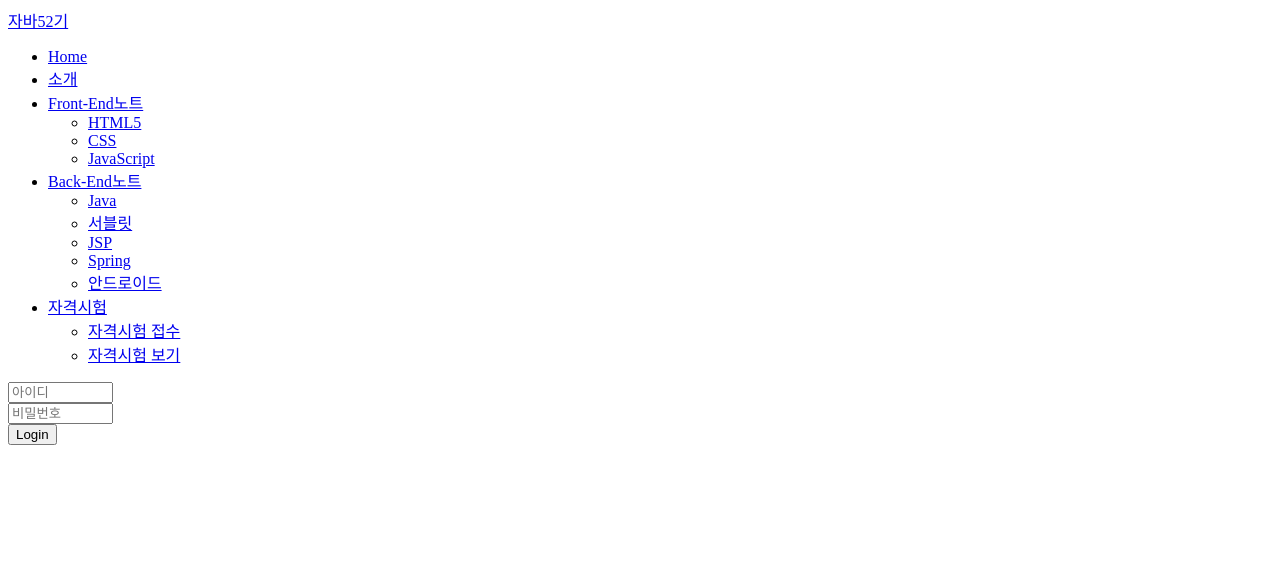
Repository: ikobean/ikoebean
Page: http://localhost/dev_jsp/onlineTest/top.jsp
These files come from the project's save history. The page is drawn as it stood at one moment and after the next save; the edit follows.
The browser window is 1280 px wide. The pictures show the whole page.
The page is served by Tomcat 9.

Above is the page before, as saved 2019-07-23 01:51:03.

After the next save:
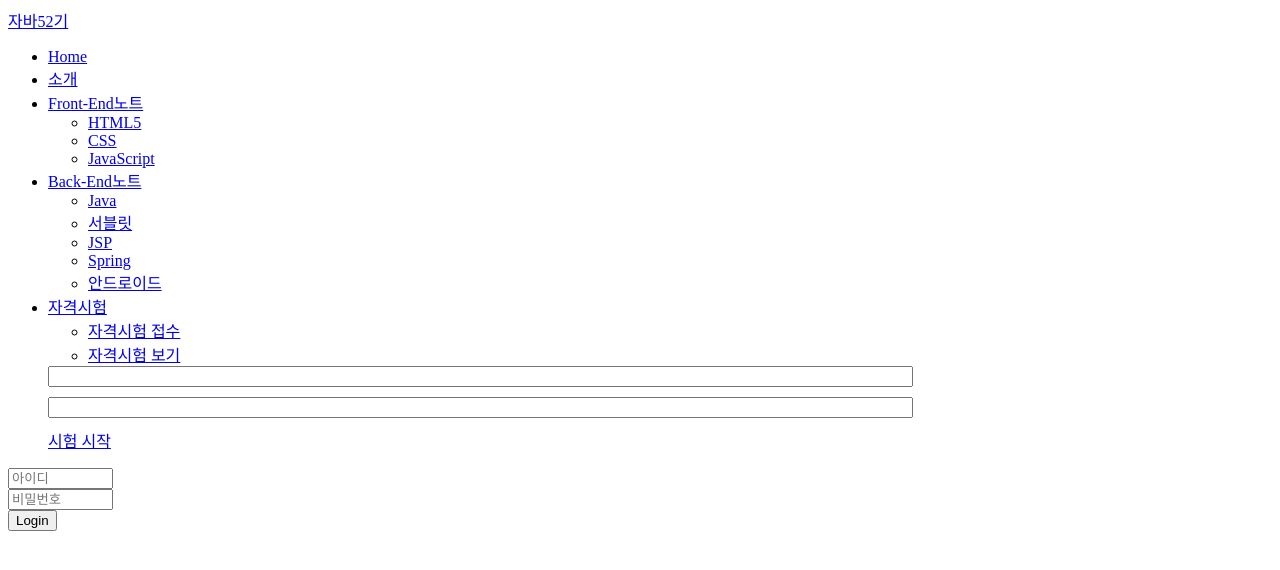
Saved 2 min 26 s later.
--- a/workspace_jsp/dev_jsp/WebContent/onlineTest/top.jsp
+++ b/workspace_jsp/dev_jsp/WebContent/onlineTest/top.jsp
@@ -41,7 +41,7 @@
         <li class="dropdown"><a class="dropdown-toggle" data-toggle="dropdown" href="#">자격시험<span class="caret"></span></a>
         <ul class="dropdown-menu">
           <li><a href="#">자격시험 접수</a></li>
-          <li><a href="#">자격시험 보기</a></li>
+          <li><a id="dlg_takeatest" class="easyui-dialog" href="#" onclick="">자격시험 보기</a></li>
         </ul>
       </li>
 
@@ -50,6 +50,32 @@
  					온라인 시험 솔루션 실습 - 자격시험 메뉴 추가
  ===========================================================================================
  -->
+  <!--
+ ===========================================================================================
+ 					test take 창 만들기
+ ===========================================================================================
+  -->
+
+<table id=:dg_takeatest></Table>
+	<form id=f_takeatest>
+		<div style="margin-bottom:10px">
+		<input class="easyui-combobox" id="cb_subject" name="cb_subject" label="수험과복" labelPosition="top" style="width:70%;">
+		</div>
+				<div style="margin-bottom:10px">
+		<input class="easyui-textbox" id="tb_examno" name="tb_examno" label="수험번호" labelPosition="top" style="width:70%;">
+		</div>
+		<div></div>
+		<a id="btn_start" href="#" class="easyui-linkbutton">시험 시작 </a>
+		</div>
+	</form>
+
+
+   <!--
+ ===========================================================================================
+ 					test take 창 만들기
+ ===========================================================================================
+  -->
+
      </ul>
 
      <div id="loginForm" class="nav navbar-nav navbar-right">

After the save that followed:
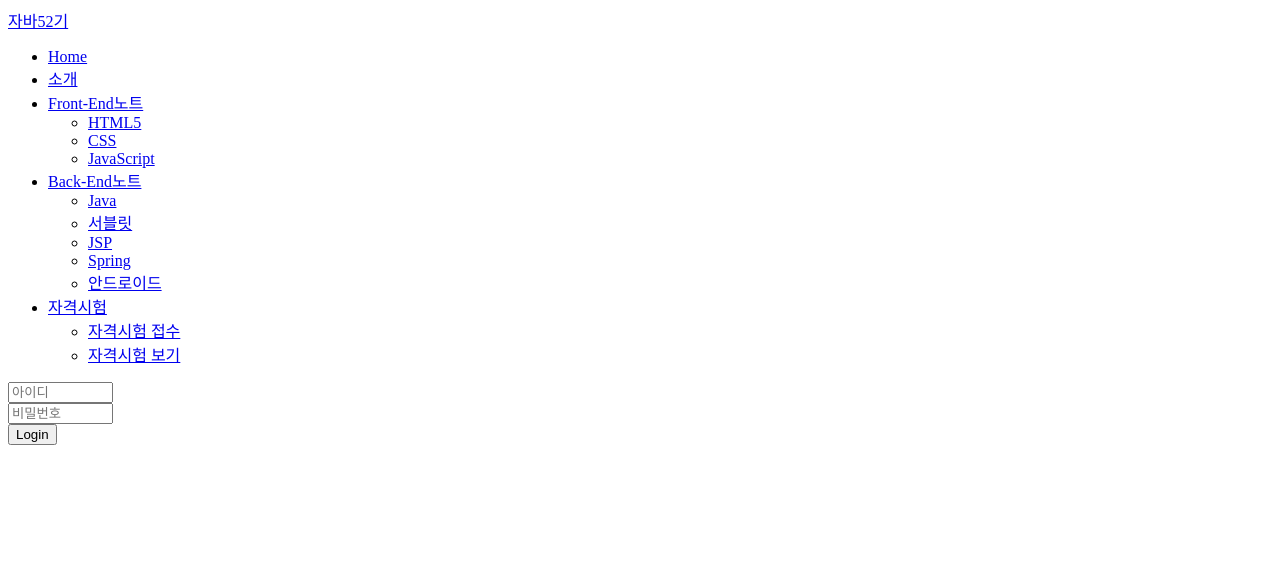
Saved 25 s later.
--- a/workspace_jsp/dev_jsp/WebContent/onlineTest/top.jsp
+++ b/workspace_jsp/dev_jsp/WebContent/onlineTest/top.jsp
@@ -41,7 +41,7 @@
         <li class="dropdown"><a class="dropdown-toggle" data-toggle="dropdown" href="#">자격시험<span class="caret"></span></a>
         <ul class="dropdown-menu">
           <li><a href="#">자격시험 접수</a></li>
-          <li><a id="dlg_takeatest" class="easyui-dialog" href="#" onclick="">자격시험 보기</a></li>
+          <li><a href="#">자격시험 보기</a></li>
         </ul>
       </li>
 
@@ -50,32 +50,6 @@
  					온라인 시험 솔루션 실습 - 자격시험 메뉴 추가
  ===========================================================================================
  -->
-  <!--
- ===========================================================================================
- 					test take 창 만들기
- ===========================================================================================
-  -->
-
-<table id=:dg_takeatest></Table>
-	<form id=f_takeatest>
-		<div style="margin-bottom:10px">
-		<input class="easyui-combobox" id="cb_subject" name="cb_subject" label="수험과복" labelPosition="top" style="width:70%;">
-		</div>
-				<div style="margin-bottom:10px">
-		<input class="easyui-textbox" id="tb_examno" name="tb_examno" label="수험번호" labelPosition="top" style="width:70%;">
-		</div>
-		<div></div>
-		<a id="btn_start" href="#" class="easyui-linkbutton">시험 시작 </a>
-		</div>
-	</form>
-
-
-   <!--
- ===========================================================================================
- 					test take 창 만들기
- ===========================================================================================
-  -->
-
      </ul>
 
      <div id="loginForm" class="nav navbar-nav navbar-right">
